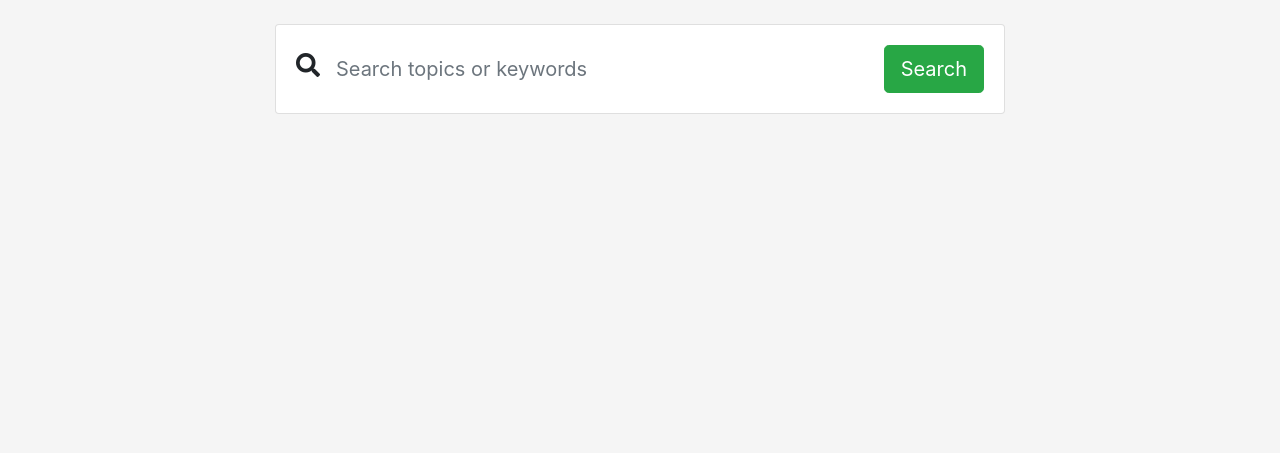
Repository: roistyx/ask-ChatGBT-travel-recommendations
Page: Backend/src/views/search.html
The author's editor kept a copy of each file at every save. The page is drawn from the files as they stood at one save, then again after the next save.
The browser window is 1280 px wide. The pictures show the whole page.
Some web libraries are served in a nearby version.

Above is the page before, as saved 2023-03-20 12:22:42.
Console error: TypeError: Cannot read properties of undefined (reading 'fn')

After the next save:
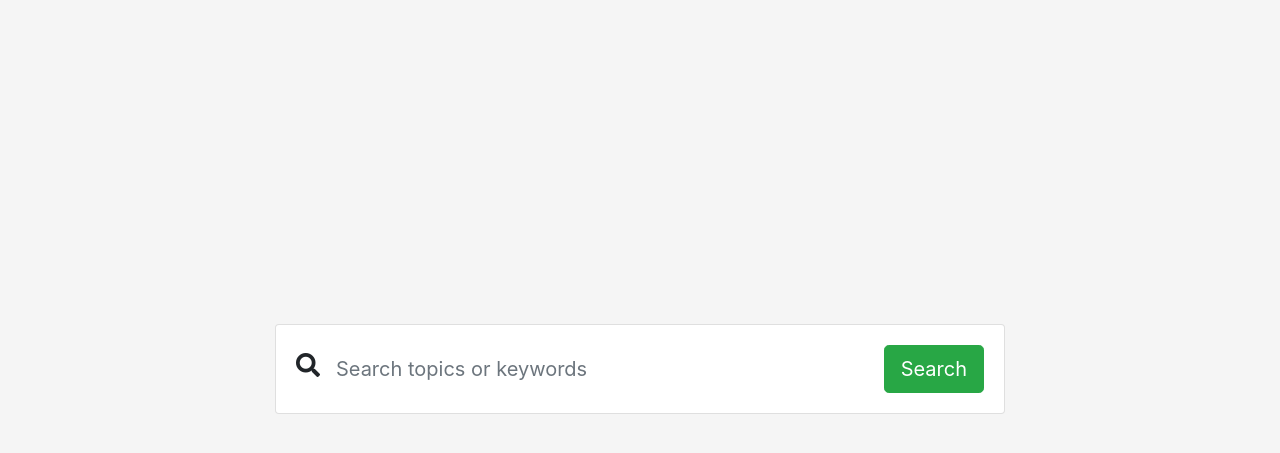
Saved 12 s later.
--- a/Backend/src/views/search.css
+++ b/Backend/src/views/search.css
@@ -5,6 +5,7 @@
 
 body {
 	background-color: #f5f5f5;
+	padding-top: 300px;
 }
 
 .form-control-borderless {
